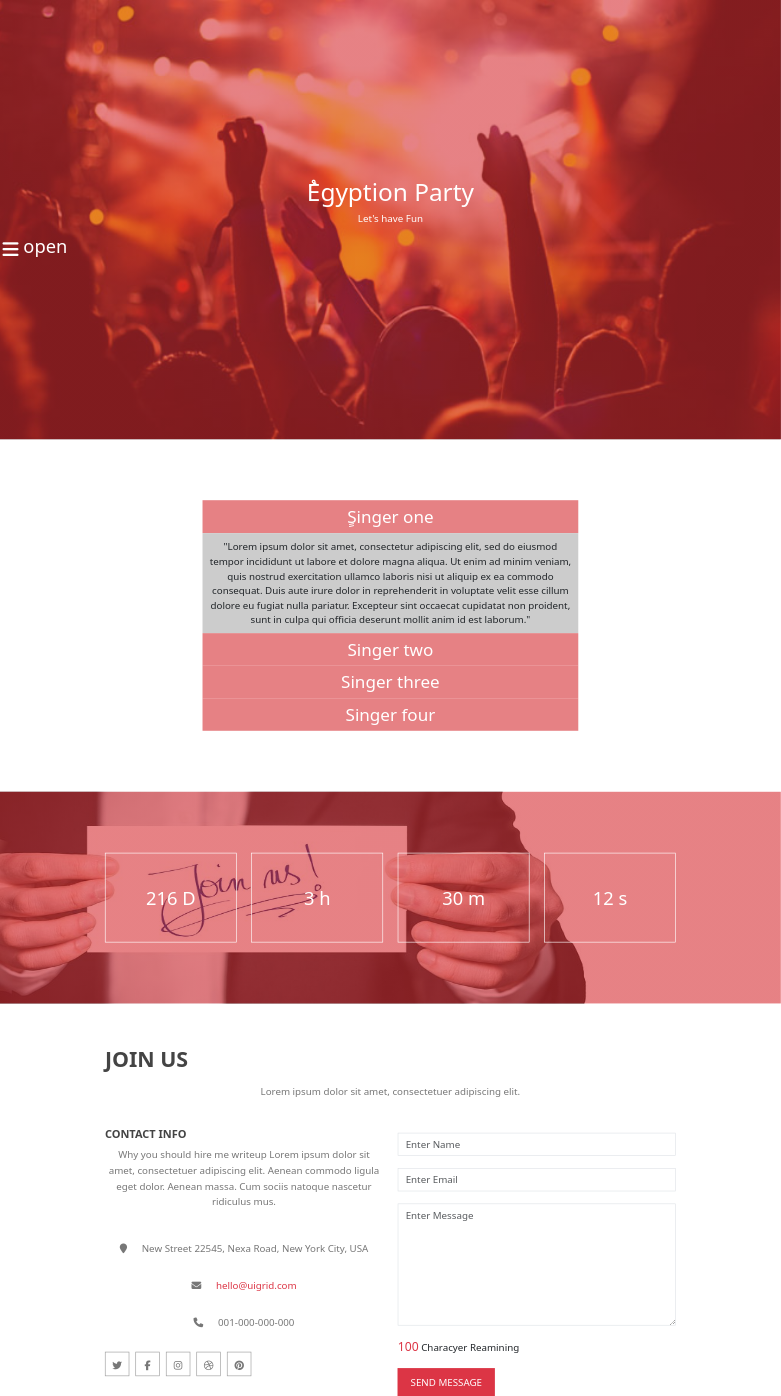
Repository: HagarYousry/jQuery
Page: index.html
The author's editor kept a copy of each file at every save. The page is drawn from the files as they stood at one save, then again after a run of saves.
The browser window is 1280 px wide. The pictures show the whole page, at 61% of full size.

Above is the page before, as saved 2024-07-25 21:04:01.

### index.html
<!DOCTYPE html>
<html lang="en">

<head>
    <meta charset="UTF-8">
    <meta name="viewport" content="width=device-width, initial-scale=1.0">
    <title>Egyption party</title>
    <!-- web fonts  -->
    <link rel="stylesheet" href="css/all.min.css">
    <!-- bootstrap -->
    <link rel="stylesheet" href="css/bootstrap.min.css">
    <!-- main css -->
    <link rel="stylesheet" href="css/main.css">
</head>

<body>
    <!--start home  -->
    <section id="home">
        <div id="sideNav" class="bg-black p-5">
            <a class="p-0 closeIcon">
                <i class="fa-solid fa-xmark "></i>
            </a>
            <a class="sideNav-link " href="#home">Home</a>
            <a class="sideNav-link" href="#Acordion">Duration</a>
            <a class="sideNav-link" href="#contact">Contact</a>
            <a class="sideNav-link" href="#count">Details</a>
        </div>

        <div class="home-title d-flex justify-content-center align-items-center flex-column vh-100 text-white">
            <h1>ُEgyption Party</h1>
            <p>Let's have Fun</p>
            <span class="navIcon align-self-start d-flex align-items-center ms-1">
                <i class="fa-solid fa-bars"></i>
                <h4 class="ms-2">open</h4>
            </span>
        </div>
    </section>


    <!-- start Acordion section  -->
    <section id="Acordion" class="Acordion text-center">

        <div class="container w-50">
            <h3 class="toggle-acordion">ٍSinger one</h3>
            <div class="desc first">"Lorem ipsum dolor sit amet, consectetur adipiscing elit, sed do eiusmod tempor
                incididunt ut labore et dolore magna aliqua. Ut enim ad minim veniam, quis nostrud exercitation ullamco
                laboris nisi ut aliquip ex ea commodo consequat. Duis aute irure dolor in reprehenderit in voluptate
                velit
                esse cillum dolore eu fugiat nulla pariatur. Excepteur sint occaecat cupidatat non proident, sunt in
                culpa
                qui officia deserunt mollit anim id est laborum."
            </div>


            <h3 class="toggle-acordion">Singer two</h3>
            <div class="desc">"Sed ut perspiciatis unde omnis iste natus error sit voluptatem accusantium doloremque
                laudantium, totam rem aperiam, eaque ipsa quae ab illo inventore veritatis et quasi architecto beatae
                vitae
                dicta sunt explicabo. Nemo enim ipsam voluptatem quia voluptas sit aspernatur aut odit aut fugit, sed
                quia
                consequuntur magni dolores eos qui ratione voluptatem sequi nesciunt. Neque porro quisquam est, qui
                dolorem
                ipsum quia dolor sit amet, consectetur, adipisci velit, sed quia non numquam eius modi tempora incidunt
                ut
                labore et dolore magnam aliquam quaerat voluptatem. Ut enim ad minima veniam, quis nostrum
                exercitationem
                ullam corporis suscipit laboriosam, nisi ut aliquid ex ea commodi consequatur? Quis autem vel eum iure
                reprehenderit qui in ea voluptate velit esse quam nihil molestiae consequatur, vel illum qui dolorem eum
                fugiat quo voluptas nulla pariatur?"
            </div>


            <h3 class="toggle-acordion">Singer three</h3>
            <div class="desc">"But I must explain to you how all this mistaken idea of denouncing pleasure and praising
                pain was born and I will give you a complete account of the system, and expound the actual teachings of
                the
                great explorer of the truth, the master-builder of human happiness. No one rejects, dislikes, or avoids
                pleasure itself, because it is pleasure, but because those who do not know how to pursue pleasure
                rationally
                encounter consequences that are extremely painful. Nor again is there anyone who loves or pursues or
                desires
                to obtain pain of itself, because it is pain, but because occasionally circumstances occur in which toil
                and
                pain can procure him some great pleasure. To take a trivial example, which of us ever undertakes
                laborious
                physical exercise, except to obtain some advantage from it? But who has any right to find fault with a
                man
                who chooses to enjoy a pleasure that has no annoying consequences, or one who avoids a pain that
                produces no
                resultant pleasure?"
            </div>


            <h3 class="toggle-acordion">Singer four</h3>
            <div class="desc">"At vero eos et accusamus et iusto odio dignissimos ducimus qui blanditiis praesentium
                voluptatum deleniti atque corrupti quos dolores et quas molestias excepturi sint occaecati cupiditate
                non
                provident, similique sunt in culpa qui officia deserunt mollitia animi, id est laborum et dolorum fuga.
                Et
                harum quidem rerum facilis est et expedita distinctio. Nam libero tempore, cum soluta nobis est eligendi
                optio cumque nihil impedit quo minus id quod maxime placeat facere possimus, omnis voluptas assumenda
                est,
                omnis dolor repellendus. Temporibus autem quibusdam et aut officiis debitis aut rerum necessitatibus
                saepe
                eveniet ut et voluptates repudiandae sint et molestiae non recusandae. Itaque earum rerum hic tenetur a
                sapiente delectus, ut aut reiciendis voluptatibus maiores alias consequatur aut perferendis doloribus
                asperiores repellat."

            </div>

        </div>
    </section>
    <!-- end Acordion section  -->

    <!-- start count section  -->
    <section id="counter">
        <div class="counter-cont container w-75 text-center text-white">
            <div class="row">
                <div class="col-md-3">
                    <div class="time">
                        <span class="days">00</span>
                    </div>
                </div>

                <div class="col-md-3">
                    <div class="time">
                        <span class="hours">00</span>
                    </div>
                </div>

                <div class="col-md-3">
                    <div class="time">
                        <span class="minutes">00</span>
                    </div>
                </div>

                <div class="col-md-3">
                    <div class="time">
                        <span class="seconds">00</span>
                    </div>
                </div>

            </div>
        </div>
    </section>
    <!-- end count section  -->

    <!-- start contact-us section  -->
    <section id="contact">
        <div class="contact-cont container-fluid w-75">
            <div class="head">
                <h2 class="text-uppercase fw-bold">Join Us</h2>
                <p class="text-center">Lorem ipsum dolor sit amet, consectetuer adipiscing elit.</p>
            </div>
            <div class="row mt-5">
                <div class="col-md-6">
                    <div class="col-info">
                        <h3 class="text-uppercase">CONTACT INFO</h3>
                        <p class="text-center">Why you should hire me writeup Lorem ipsum dolor sit amet, consectetuer
                            adipiscing elit.
                            Aenean commodo ligula eget dolor. Aenean massa. Cum sociis natoque nascetur ridiculus mus.
                        </p>

                        <div class="icons text-center">
                            <p><i class="fa fa-map-marker"></i> New Street 22545, Nexa Road, New York City, USA</p>

                            <p class="text-danger"><i class="fa fa-envelope"></i> hello@uigrid.com</p>
                            <p><i class="fa fa-phone"></i> 001-000-000-000</p>
                        </div>

                        <div class="social d-flex align-items-center">

                            <i class="fab fa-twitter fa-fw"></i>
                            <i class="fab fa-facebook-f fa-fw"></i>
                            <i class="fab fa-instagram fa-fw"></i>
                            <i class="fab fa-dribbble fa-fw"></i>
                            <i class="fab fa-pinterest fa-fw"></i>

                        </div>
                    </div>
                </div>

                <div class="col-md-6">
                    <form>

                        <input class="form-control mt-2" type="text" placeholder="Enter Name">
                        <input class="form-control" type="email" placeholder="Enter Email">
                        <textarea class="form-control " placeholder="Enter Message"></textarea>
                        <span id="chars" class="text-danger">100</span> Characyer Reamining
                        <button class="btn btn-danger text-uppercase">Send Message</button>

                    </form>
                </div>
            </div>
        </div>
    </section>
    <!-- end contact-us section  -->


    <!-- jquery  -->
    <script src="js/jquery-3.7.1.min.js"></script>
    <!-- index js  -->
    <script src="js/index.js"></script>


</body>

</html>

### css/main.css
/*start home  */
#home{
    height: 100vh;
    background-image: linear-gradient(rgba(214, 46, 51, 0.6), rgba(214, 46, 51, 0.6)),
        url(../imgs/events-heavenly-header.jpg);
    background-position: center;
    background-size: cover;
    background-repeat: no-repeat;
}

#sideNav {
    position: fixed;
    top: 0;
    bottom: 0;
    left: 0;
    display: flex;
    flex-direction: column;
    z-index: 9999;
}

#sideNav a{
    padding: 20px;
    text-decoration: none;
    font-size: 25px;
    color: #818181;
    display: block;
    color: white;
    transition: 0.3s;
}

.closeIcon {
    position: absolute;
    top: 0;
    right: 25px;
    font-size: 26px;
    margin-left: 50px;
    color: white;
    padding-bottom: 10px;
    transition: 0.3s;
    cursor: pointer;
}

#sideNav a:hover {
    color: rgba(214, 46, 51, 0.4);
}

.navIcon i,
.navIcon h4 {
    font-size: 30px;
    cursor: pointer;
}


/* start Acordion */
.Acordion{
    padding-top: 100px ;
    padding-bottom: 100px;
}

.toggle-acordion {
    background-color: rgba(214, 46, 51, 0.6);
    cursor: pointer;
    color: white;
    padding: 10px;
    margin: 0px;
}

.desc {
    background-color: rgb(204, 204, 204);
    display: none;
    padding: 10px;
}

#Acordion .first {
    display: block;
}

/* end Acordion section  */

/* start count section  */

#counter {
    background-image: linear-gradient(rgba(214, 46, 51, 0.6), rgba(214, 46, 51, 0.6)), url(../imgs/invitation-2508607__340.jpg);
    background-repeat: no-repeat;
    background-position: center center;
    background-size: 100% 100%;
    position: relative;
}

.counter-cont{
    padding-top: 100px ;
    padding-bottom: 100px;
}

.time {
    padding: 50px;
    border: 1px solid #FFF;
    font-weight: 500;
    font-size: 30px;
}

/* end count section  */

/* start contact-us section  */
#contact {
    margin-top: 70px;
}

.contact-cont{

}
#contact .head h2 {
    font-size: 35px;
    color: #444;
    margin-bottom: 20px;
}

#contact .head p {
    color: #777;
    font-weight: 300;
    font-size: 16px;
}

#contact .col-md-6 .col-info .icons {
    margin-top: 50px;
}

#contact .col-md-6 .col-info .icons p {
    margin-bottom: 35px;
}

#contact .col-md-6 .col-info h3 {
    color: #444;
    font-size: 18px;
    font-weight: 900;
}

#contact .col-md-6 .col-info p {
    font-size: 16px;
    line-height: 26px;
    color: #777;
}

#contact i {
    margin-right: 20px;
    color: #777;
}

#contact .col-md-6 .col-info .social i {
    margin-right: 10px;
    border: 1px solid #999;
    width: 40px;
    height: 40px;
    line-height: 42px;
    cursor: pointer;
    text-align: center;
    transition: 0.5s all;
}

#contact .col-md-6 .col-info .social i:hover {
    color: #fff;
    background-color: #D62E33;
    border: 1px solid #D62E33;
}

#contact .col-md-6 form input,
#contact .col-md-6 form textarea {
    margin-bottom: 20px;
    border-radius: 0;
}

#contact .col-md-6 form textarea {
    height: 200px;
    resize: vertical;
}

#contact .col-md-6 form button {
    padding: 10px 20px;
    border-radius: 0;
    margin-top: 20px;
    display: block;
}

#contact .col-md-6 form #chars {
    font-size: 20px;
}
/* end contact-us section  */

### js/index.js
/// <reference types="../@types/jquery"/>

/* start sideNav */

const sideNavwidth = $('#sideNav').outerWidth(true);

$('#sideNav')
    .animate({ left: -sideNavwidth }, 0);

// open icon
$('.navIcon')
    .on('click', function () {
        $('#sideNav').animate({ left: 0 }, 1000);
        $('.home-title').animate({ marginLeft: sideNavwidth }, 1000)

    })

// close icon
$('.closeIcon')
    .on('click', function () {
        $('#sideNav').animate({ left: -sideNavwidth }, 1000);
        $('.home-title').animate({ marginLeft: 0 }, 1000)
    })


//! scroll to sections
$('.sideNav-link[href^="#"]')
    .on('click', function () {
        const sectionId = $(this).attr('href');
        const sectionTop = $(sectionId).offset().top;
        $('html , body')
            .animate({ scrollTop: sectionTop }, 1000)
    })


// start Acordion section
$('#Acordion .toggle-acordion').on('click', function () {
    $('.desc').not($(this).next()).slideUp(500);
    $(this).next().slideToggle(500);
});

//start count section
$(window).on('load', function () {
    countDownTime("27 february 2025 00:00:00");
})

function countDownTime(countTo) {

    let countDate = new Date(countTo);
    countDate = (countDate.getTime() / 1000);

    let now = new Date();
    now = (now.getTime() / 1000);

    timeDifference = (countDate - now);

    let days = Math.floor(timeDifference / (24 * 60 * 60));
    let hours = Math.floor((timeDifference % (24 * 60 * 60)) / 3600);
    let mins = Math.floor((timeDifference % 3600) / 60);
    let secs = Math.floor(timeDifference % 60);


    $(".days").html(`${days} D`);
    $(".hours").html(`${hours} h`);
    $(".minutes").html(`${mins} m`);
    $('.seconds').html(`${secs} s`)

    setInterval(function () {
        countDownTime(countTo);
    }, 1000);
}

//start contact-us section
let maxLength = 100;
$('textarea').on('input', function () {
    let length = $(this).val().length;
    let AmountLeft = maxLength - length;
    console.log(AmountLeft);
    if (AmountLeft <= 0) {
        $("#chars").text("your available characters finished");
    }
    else {
        $("#chars").text(AmountLeft);
    }
});
//end contact-us section

Loaded but not shown: css/all.min.css (library); css/bootstrap.min.css (library); js/jquery-3.7.1.min.js (library)

After the next 2 saves:
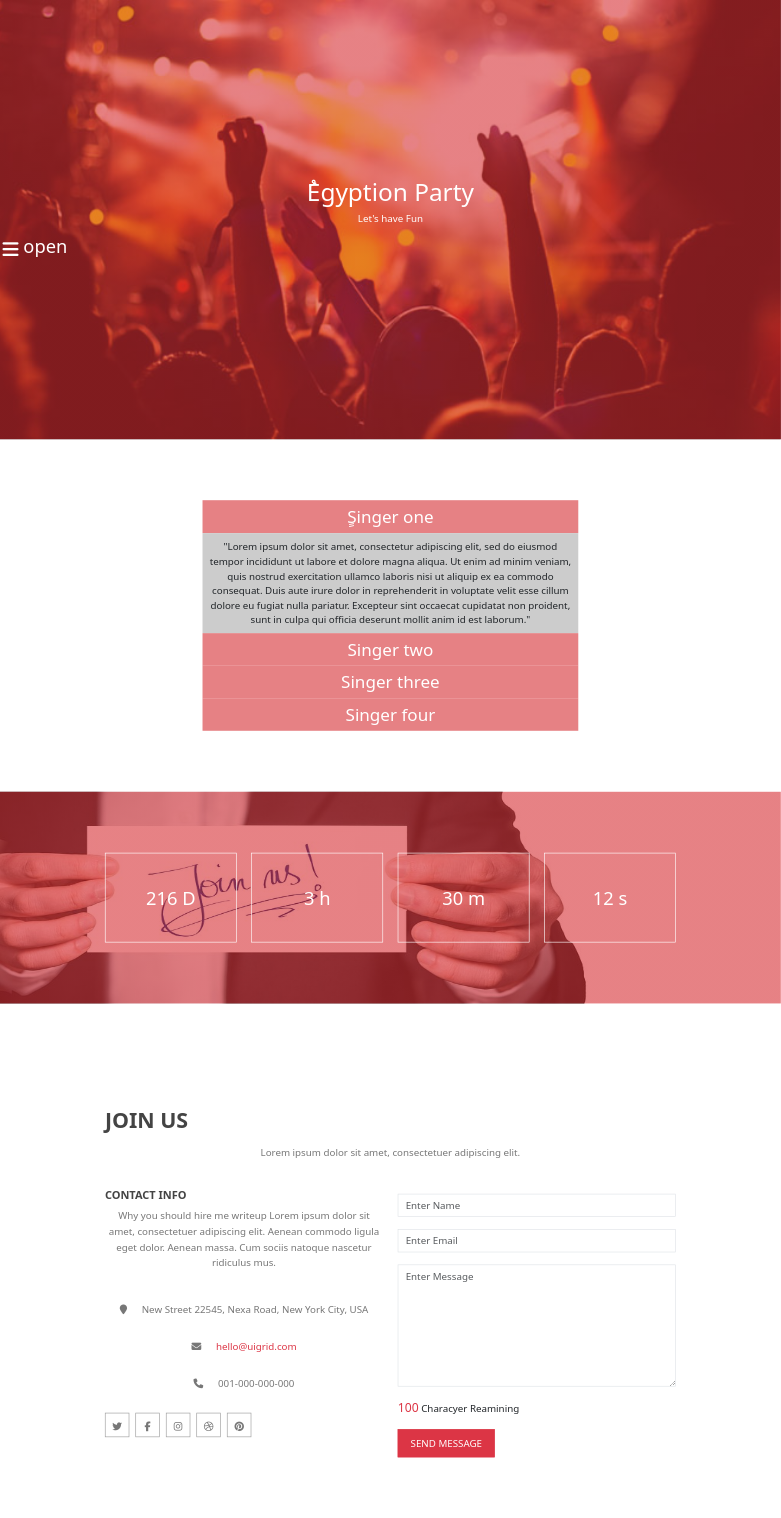
The 2 saves are shown as one change because they came seconds apart.
The last was saved 9 s later.
--- a/css/main.css
+++ b/css/main.css
@@ -107,8 +107,10 @@
 }
 
 .contact-cont{
+    padding-top: 100px ;
+    padding-bottom: 100px;
+}
 
-}
 #contact .head h2 {
     font-size: 35px;
     color: #444;
